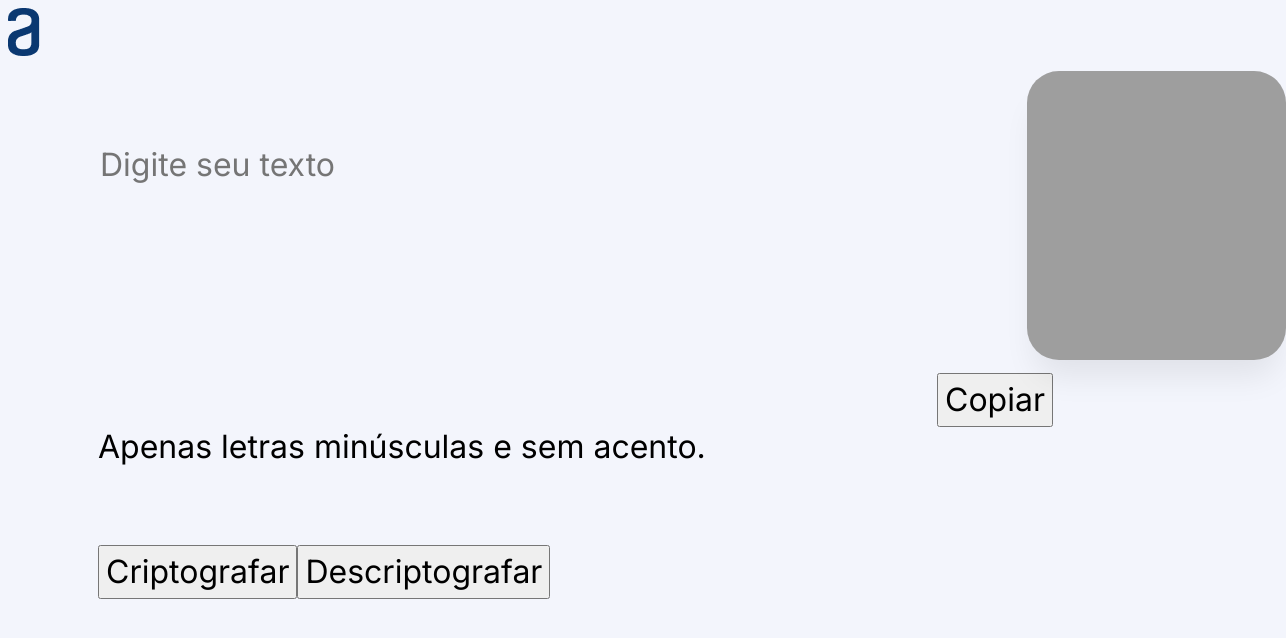
Repository: guilhermecardoso93/decodificador-texto
Page: index.html
An editor plug-in stored every save of this project. The page is shown before and after the next save, followed by the edit.
The browser window is 1280 px wide. The page is 1286 px wide, so the pictures cover 1286 px, including what lies to the right of the window. The pictures show the whole page.
Pictures or frames that could not be fetched are drawn as grey boxes.

Above is the page before, as saved 2024-02-28 19:25:18.

### index.html
<!DOCTYPE html>
<html lang="pt-BR">
  <head>
    <meta charset="UTF-8" />
    <meta name="viewport" content="width=device-width, initial-scale=1.0" />
    <link rel="preconnect" href="https://fonts.googleapis.com" />
    <link rel="preconnect" href="https://fonts.gstatic.com" crossorigin />
    <link
      href="https://fonts.googleapis.com/css2?family=Inter:wght@400;500;600;700&display=swap"
      rel="stylesheet"
    />
    <link rel="stylesheet" href="style.css" />
    <title>Desafio - Encriptador</title>
  </head>
  <body>
    <header>
      <img src="./assets/logo.png" alt="Logo Alura" class="'logo-alura" />
    </header>

    <main>
      <section>
        <textarea
          class="text-area"
          cols="41"
          rows="4"
          placeholder="Digite seu texto"
        ></textarea>
        <div class="informaçao">
          <h6>Apenas letras minúsculas e sem acento.</h6>
        </div>
        <div class="botoes">
          <button class="btn-encriptor">Criptografar</button>
          <button class="btn-descriptor">Descriptografar</button>
        </div>
      </section>

      <section>
        <textarea class="mensagem" cols="20" rows="10"></textarea>
        <button class="btn-copiar">Copiar</button>
      </section>
    </main>
  </body>
</html>

### style.css
* {
  font-family: "Inter", sans-serif;
  font-weight: 400;
  font-size: 32px;
  line-height: 150%;
}

body {
  background-color: #f3f5fc;
}

.logo-alura {
  margin: 18px 0px 0px 32px;
}

main {
  display: flex;
  margin-left: 90px;
  margin-bottom: 50px;
}

.text-area {
  margin-top: 70px;

  background: #f3f5fc;

  border-style: none;
  outline: none;
  resize: none;
}

.informacao {
  font-size: 15px;
  opacity: 0.7;
}

.botoes {
  display: flex;
  flex-direction: row;
  margin-top: 20px;
}

.encriptar {
  width: 250px;
  height: 50px;

  background-color: #0a3871;
  color: #ffffff;
  border-radius: 24px;

  font-size: 20px;
}

.encriptar:hover {
  background-color: #356ea9;
  color: #ffffff;
}

.encriptar:active {
  background-color: #757fb2;
  color: #ffffff;
}

.desencriptar {
  width: 250px;
  height: 50px;

  margin-left: 30px;
  background-color: #d8dfe8;
  color: #0a3871;

  border: 1px solid #0a3871;
  border-radius: 24px;

  font-size: 20px;
}

.desencriptar:hover {
  background-color: #072b61;
  color: #ffffff;
}

.desencriptar:active {
  background-color: #757fb2;
  color: #ffffff;
}

.mensagem {
  position: relative;
  margin-top: 2px;
  margin-left: 90px;

  background: #ffffff;

  box-shadow: 0px 24px 32px -8px rgba(0, 0, 0, 0.08);
  border-radius: 32px;

  background-image: url("/assets/boneco.png");
  background-repeat: no-repeat;

  background-position-x: center;
  background-position-y: center;

  text-align: center;
  font-size: 19px;

  outline: none;
  border-style: none;
  resize: none;
}

.div-btn-copia {
  display: none;
  text-align: center;
}

.btn-copia {
  width: 250px;
  height: 50px;

  position: absolute;
  top: 545px;
  left: 850px;

  margin: 20px 0px 0px 90px;

  background-color: #d8dfe8;
  color: #0a3871;

  border: 1px solid #0a3871;
  border-radius: 24px;

  font-size: 20px;
}

.btn-copia:hover {
  background-color: #072b61;
  color: #ffffff;
}

.btn-copia:active {
  background-color: #aab2d5;
  color: #ffffff;
}

After the next save:
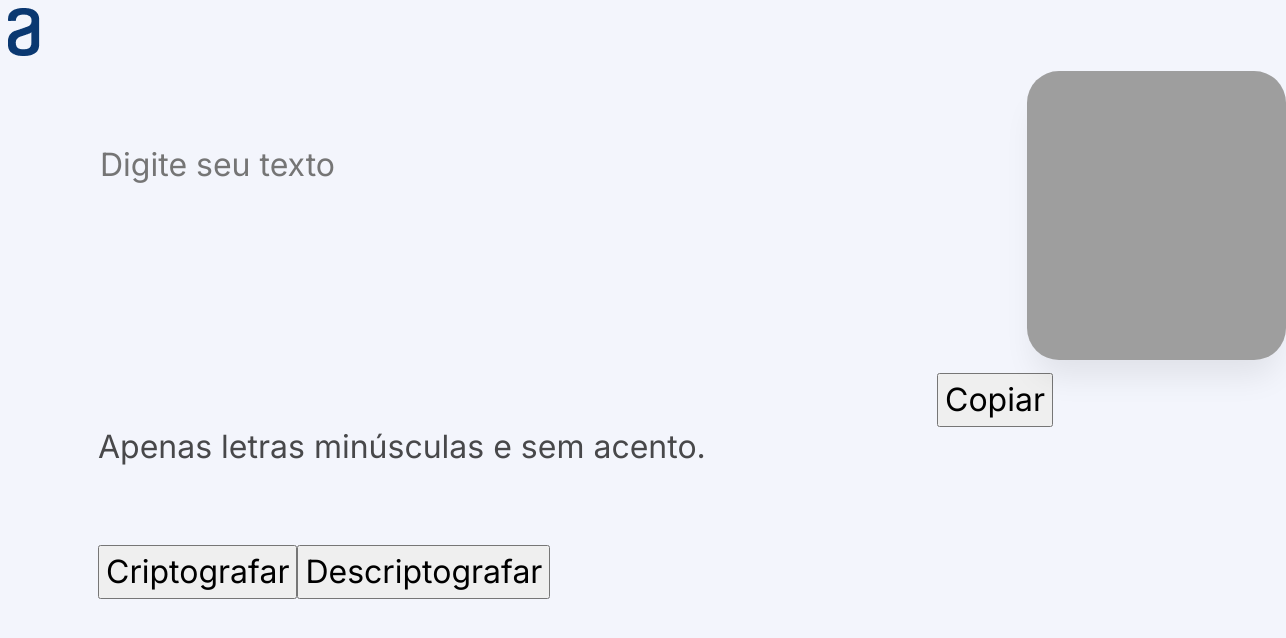
Saved 18 s later.
--- a/style.css
+++ b/style.css
@@ -21,15 +21,13 @@ main {
 
 .text-area {
   margin-top: 70px;
-
   background: #f3f5fc;
-
   border-style: none;
   outline: none;
   resize: none;
 }
 
-.informacao {
+.informaçao {
   font-size: 15px;
   opacity: 0.7;
 }
